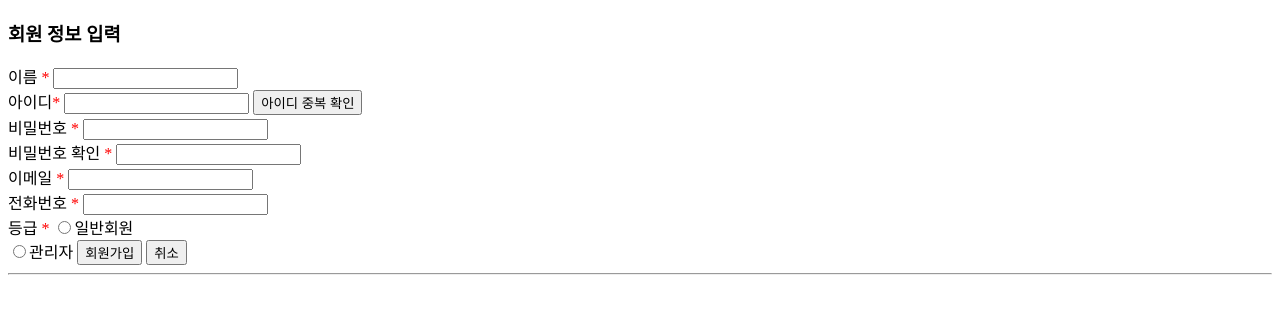
Repository: angwanghyeon/eclipse
Page: http://localhost/sec09/join.do
An editor plug-in stored every save of this project. The page is shown before and after the next save, followed by the edit.
The browser window is 1280 px wide. The pictures show the whole page.
The page is served by Tomcat 9. Other server files are loaded and not shown.

Above is the page before, as saved 2023-09-04 07:08:05.

### sec09/src/main/webapp/member/join.jsp
<%@ page language="java" contentType="text/html; charset=UTF-8"
	pageEncoding="UTF-8"%>
<!DOCTYPE html>
<html>
<head>
<meta charset="UTF-8">
<title>회원가입</title>
</head>
<body>
	<h3>회원 정보 입력</h3>
	<form name="joinfrm" id="reg_frm" method="post"
		action="join.do">

		<label for="name">이름</label><span style="color:red;" > * </span>
		<input type="text"
			name="name" id="name"  required="required"><br>

		<label for="userid">아이디</label><span style="color:red;" >*</span>
		<input type="text" id="userid" name="userid" required="required" size="20" >
		<input type="hidden" name="reid" id="reid" size="20">
		<input type="button" value="아이디 중복 확인" onclick="idCheck()">	<br>

		<label for="pwd">비밀번호</label><span style="color:red;" > * </span>
		<input type="password" id="pwd" name="pwd" required="required" ><br>

		<label for="pwd_check">비밀번호 확인</label><span style="color:red;" > * </span>
		<input type="password" id="pwd_check" name="pwd_check" required="required" ><br>

		<label for="email">이메일</label><span style="color:red;" > * </span>
		<input type="email"
			id="email" name="email" required="required" ><br>

		<label for="phone">전화번호</label><span style="color:red;" > * </span>
		<input type="tel"
			id="phone" name="phone" required="required" ><br>

		<label for="admin">등급</label><span style="color:red;" > * </span>
		<input type="radio"
			name="admin"  value="0">일반회원<br>
		<input type="radio"
			name="admin"  value="1">관리자

		<input type="submit" value="회원가입" onclick="return joinCheck()">
		<input type="reset" value="취소">
	</form>
	<hr>
	<p>${message}</p>
</body>
</html>

### sec09/src/main/java/com/keduit/controller/JoinServlet.java
package com.keduit.controller;

import java.io.IOException;

import javax.servlet.RequestDispatcher;
import javax.servlet.ServletException;
import javax.servlet.annotation.WebServlet;
import javax.servlet.http.HttpServlet;
import javax.servlet.http.HttpServletRequest;
import javax.servlet.http.HttpServletResponse;

/**
 * Servlet implementation class JoinServlet
 */
@WebServlet("/join.do")
public class JoinServlet extends HttpServlet {
	private static final long serialVersionUID = 1L;

	protected void doGet(HttpServletRequest request, HttpServletResponse response) throws ServletException, IOException {
		RequestDispatcher disp = request.getRequestDispatcher("member/join.jsp");
		disp.forward(request, response);
	}

	protected void doPost(HttpServletRequest request, HttpServletResponse response) throws ServletException, IOException {
		request.setCharacterEncoding("UTF-8");

		doGet(request, response);
	}

}

After the next save:
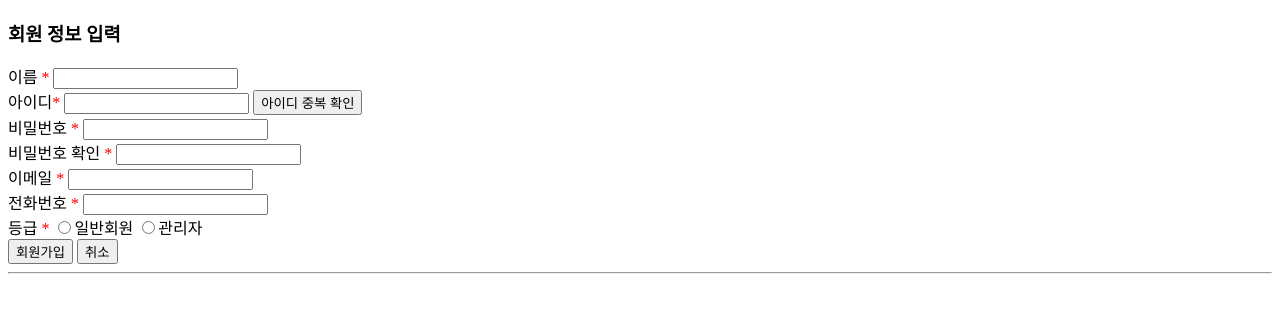
Saved 59 s later.
--- a/sec09/src/main/webapp/member/join.jsp
+++ b/sec09/src/main/webapp/member/join.jsp
@@ -36,9 +36,9 @@
 
 		<label for="admin">등급</label><span style="color:red;" > * </span>
 		<input type="radio"
-			name="admin"  value="0">일반회원<br>
+			name="admin"  value="0">일반회원
 		<input type="radio"
-			name="admin"  value="1">관리자
+			name="admin"  value="1">관리자<br>
 
 		<input type="submit" value="회원가입" onclick="return joinCheck()">
 		<input type="reset" value="취소">
